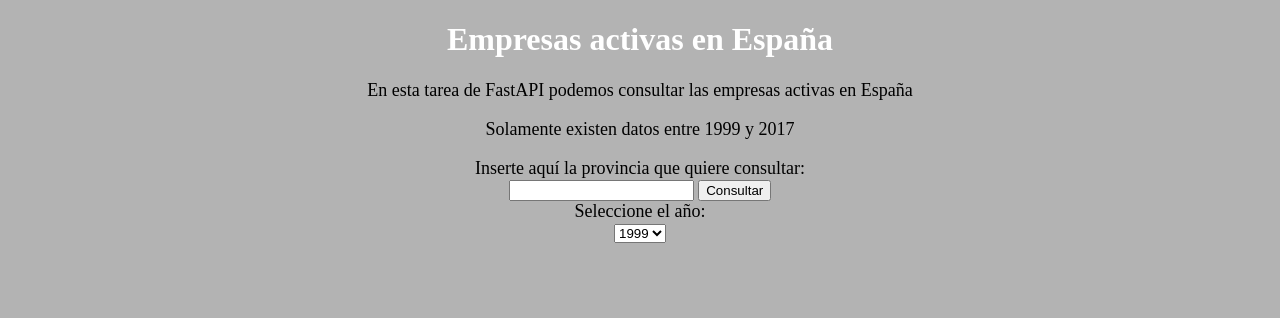
Repository: juanfrancisco164/fastAPI_1
Page: static/empresasActivas.html
The author's editor kept a copy of each file at every save. The page is drawn from the files as they stood at one save, then again after the next save.
The browser window is 1280 px wide. The pictures show the whole page.

Above is the page before, as saved 2023-11-10 19:35:42.

After the next save:
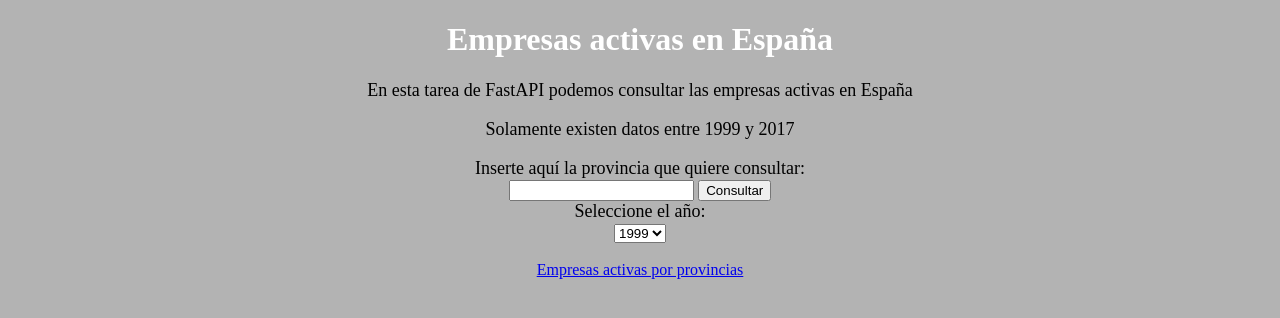
Saved 4 min 19 s later.
--- a/static/empresasActivas.html
+++ b/static/empresasActivas.html
@@ -60,7 +60,7 @@
     <div id="sociedadDiv"></div>
     <div id="personasDiv"></div>
 
-
+    <A HREF="https://www.youtube.com/watch?v=NVVAM2OVeJk&ab_channel=Smashtep">Empresas activas por provincias</A>
 </body>
 
 <script>
